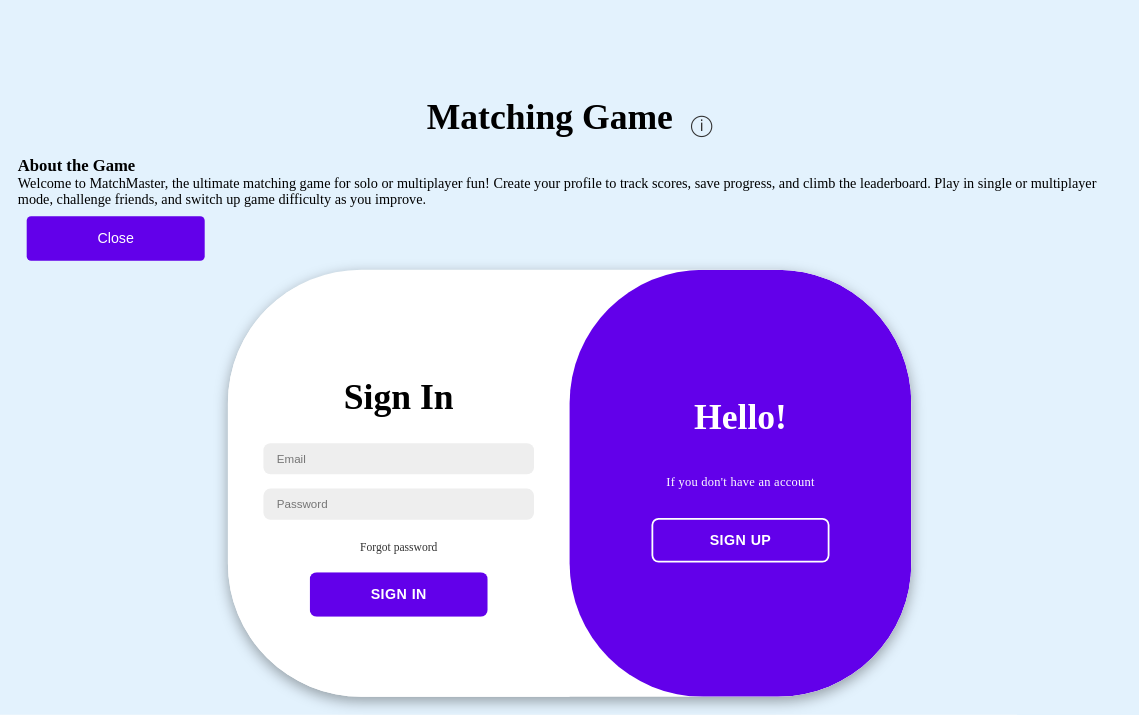
Repository: parnelltse/frontend2-courseproject
Page: /
An editor plug-in stored every save of this project. The page is shown before and after the next save, followed by the edit.
The browser window is 1280 px wide. The pictures show the whole page, at 89% of full size.
The project was rebuilt for these pictures with package versions that can differ from the ones it lists, and the page was loaded fresh each time. Also part of the build but not shown: vite.config.js, src/pages/home.jsx, src/components/BackButton.jsx, src/pages/gameoptions.jsx, src/pages/appsettings.jsx, src/pages/profilesettings.jsx, src/pages/gamehistory.jsx, src/pages/singleplayer.jsx and 4 more.

Above is the page before, as saved 2024-11-04 08:41:23.

After the next save:
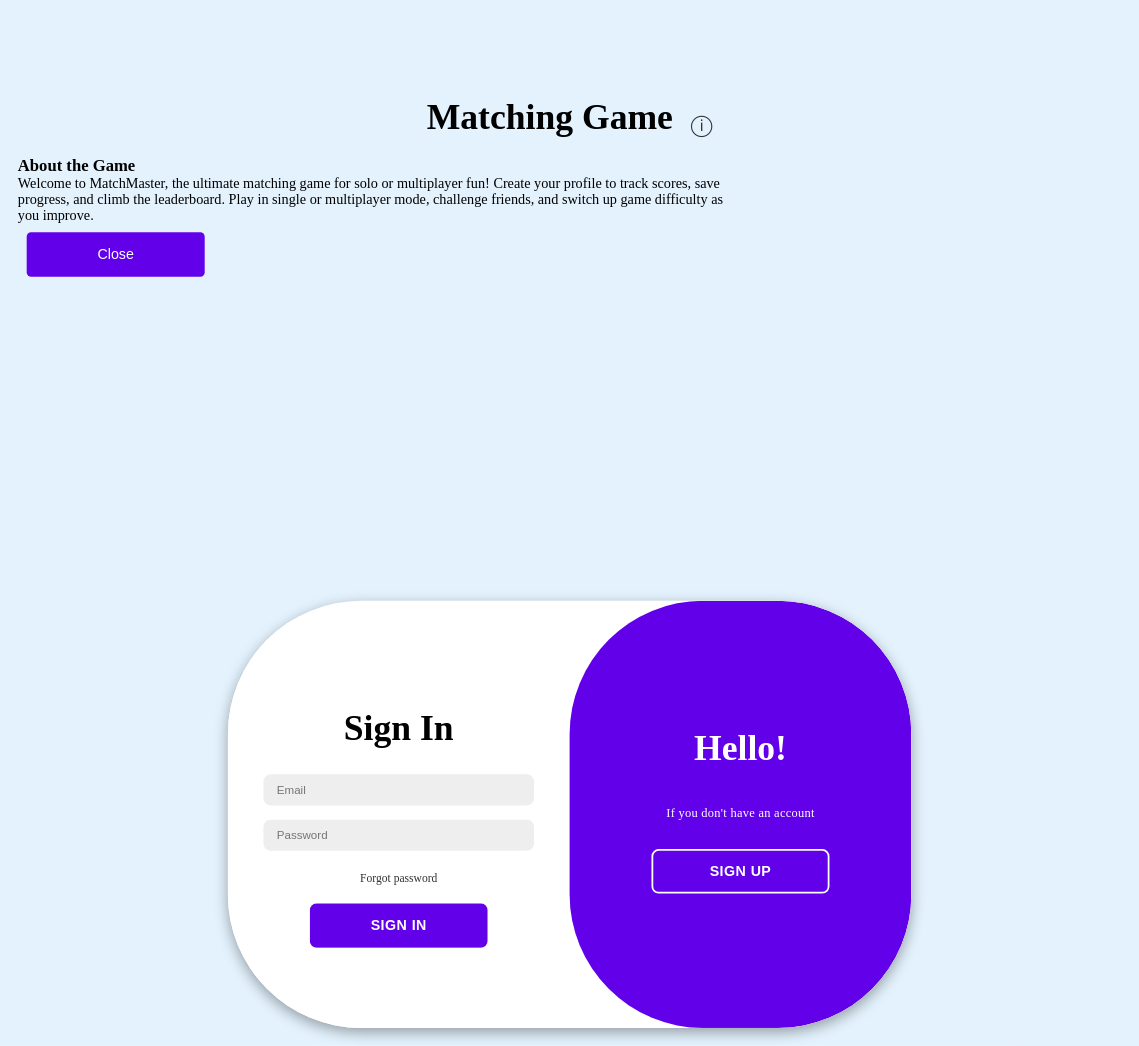
Saved 36 s later.
--- a/src/index.css
+++ b/src/index.css
@@ -245,3 +245,8 @@
   padding-bottom: 22px;
   cursor: pointer;
 }
+
+.overlayContainer {
+  width: 800px;
+  height: 500px;
+}
